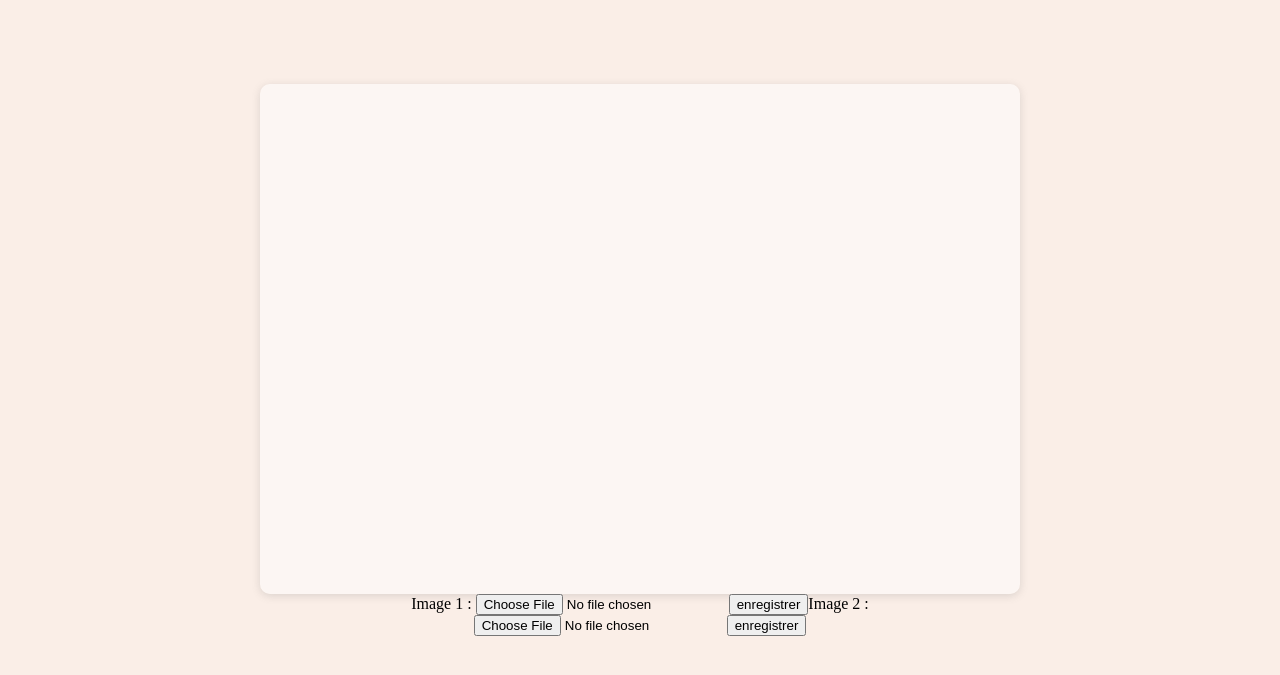
Repository: Lucas-Cassan/img-assembler
Page: / (app in frontend/)
An editor plug-in stored every save of this project. The page is shown before and after the next save, followed by the edit.
The browser window is 1280 px wide. The pictures show the whole page.
The project was rebuilt for these pictures with package versions that can differ from the ones it lists, and the page was loaded fresh each time.

Above is the page before, as saved 2022-02-02 15:02:32.

After the next save:
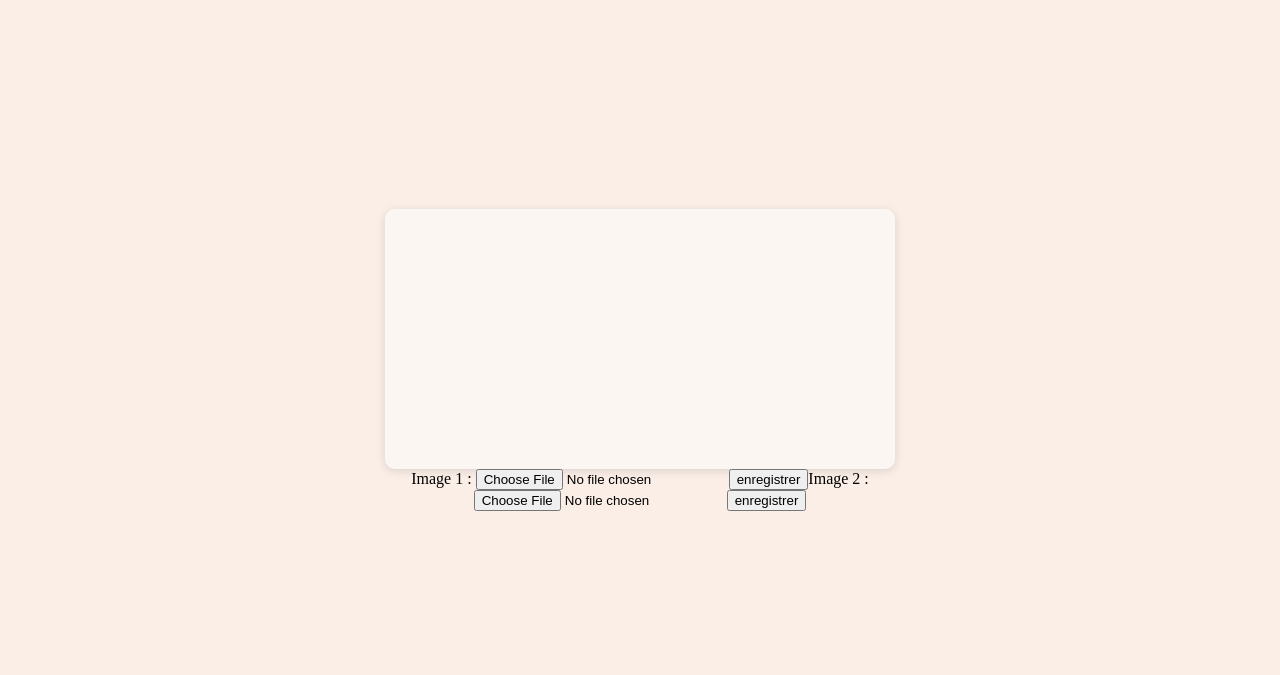
Saved 2 min 25 s later.
--- a/frontend/src/styles/index.scss
+++ b/frontend/src/styles/index.scss
@@ -19,9 +19,9 @@
             flex-direction: column;
 
             #image{
-                width: 750Px;
+                width: 500Px;
                 padding: 5px;
-                height: 500px;
+                height: 250px;
                 background-color: rgba($color: #FFF, $alpha: .5);
                 border-radius: 10px;
                 box-shadow: rgba(99, 99, 99, 0.2) 0px 2px 8px 0px;

After the save that followed:
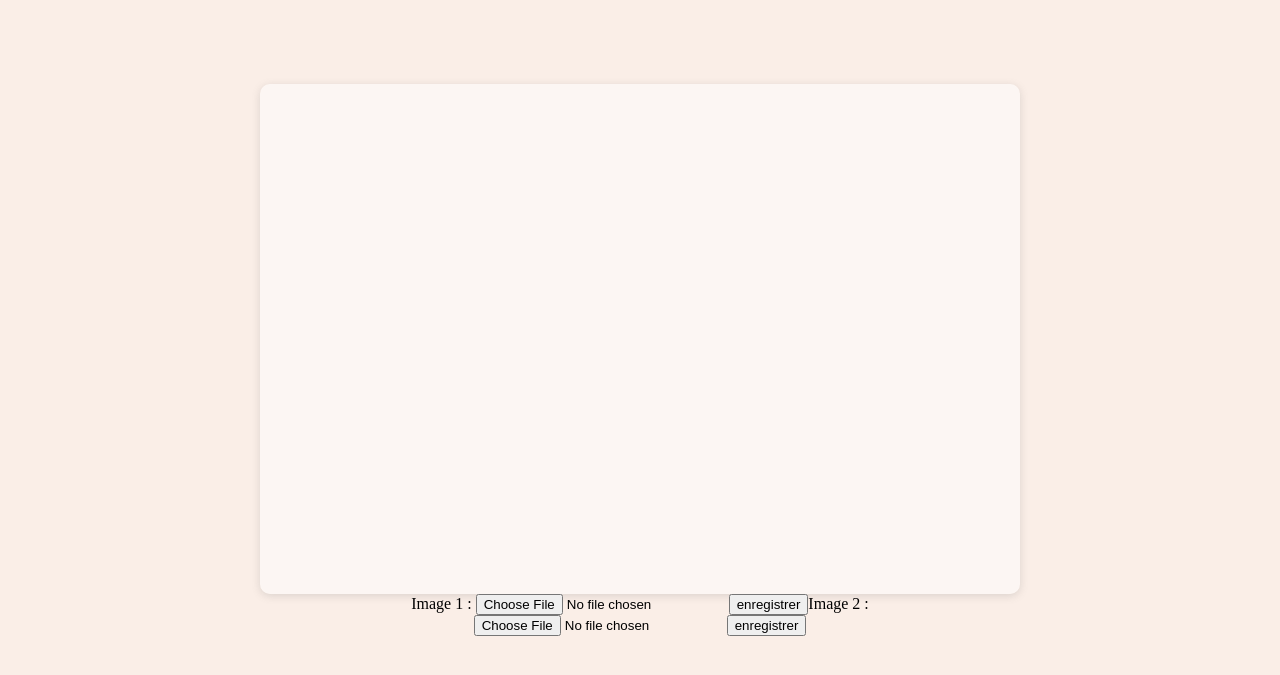
Saved 4 s later.
--- a/frontend/src/styles/index.scss
+++ b/frontend/src/styles/index.scss
@@ -19,9 +19,9 @@
             flex-direction: column;
 
             #image{
-                width: 500Px;
+                width: 750Px;
                 padding: 5px;
-                height: 250px;
+                height: 500px;
                 background-color: rgba($color: #FFF, $alpha: .5);
                 border-radius: 10px;
                 box-shadow: rgba(99, 99, 99, 0.2) 0px 2px 8px 0px;
